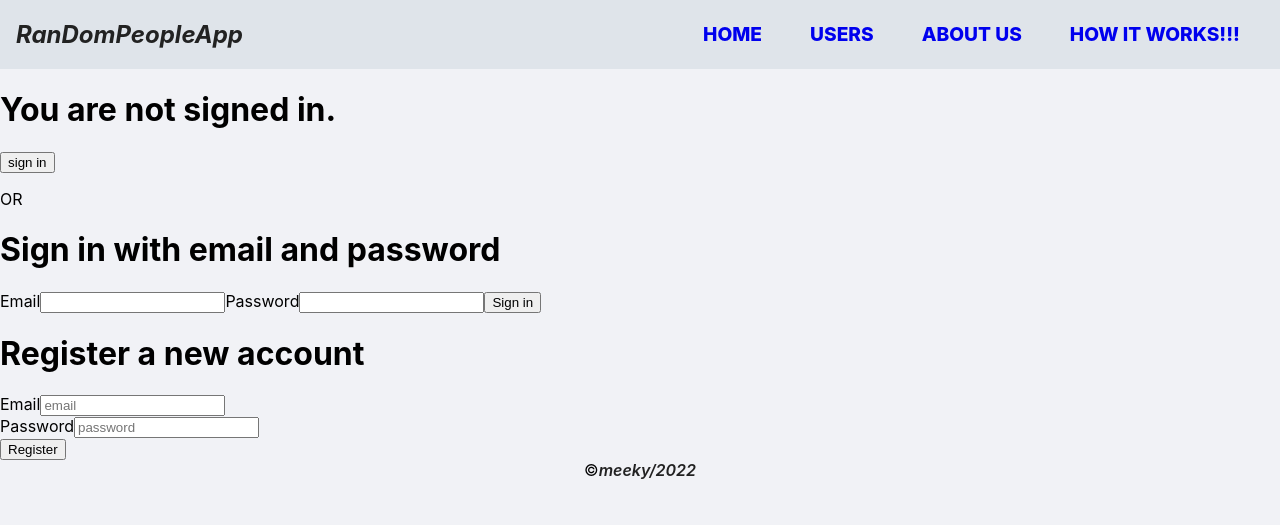
Repository: MikkyPrestige/RandomProfiles
Page: /profile
These files come from the project's save history. The page is drawn as it stood at one moment and after the next save; the edit follows.
The browser window is 1280 px wide. The pictures show the whole page.
The project was rebuilt for these pictures with package versions that can differ from the ones it lists, and the page was loaded fresh each time. Also part of the build but not shown: src/assets/styles/home.css, src/components/home.jsx, src/assets/styles/users.css, src/components/users.jsx, src/assets/styles/search.css, src/components/search.jsx, src/assets/styles/help.css, src/components/help.jsx and 5 more.

Above is the page before, as saved 2022-11-30 00:20:14.

After the next save:
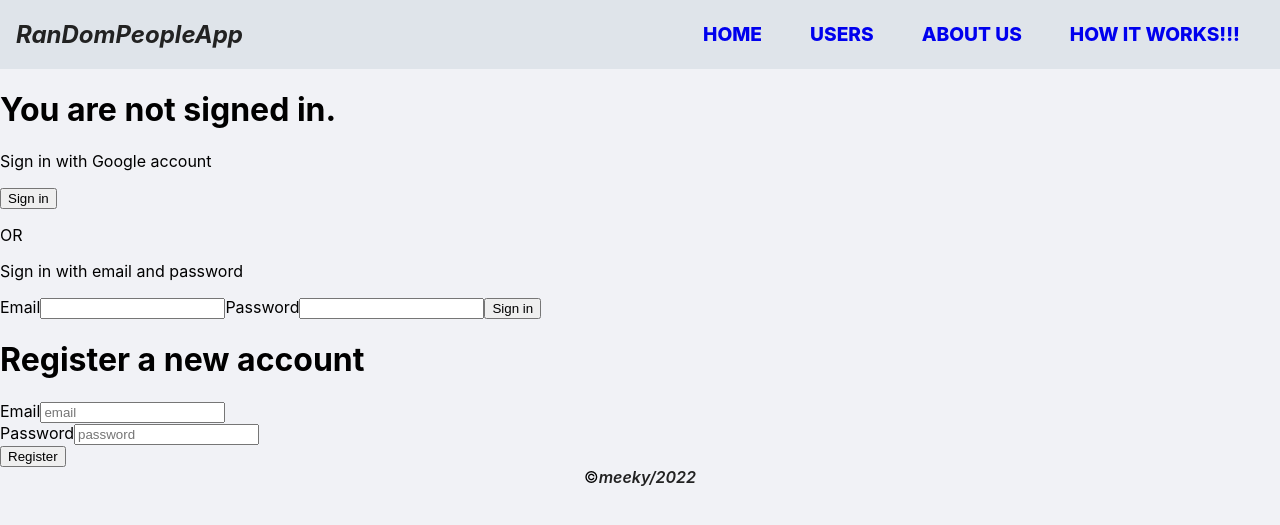
Saved 82 s later.
--- a/src/components/profile.jsx
+++ b/src/components/profile.jsx
@@ -153,11 +153,12 @@ const Profile = () => {
             <div className="profile__user">
               <div className="profile__form">
                 <h1 className="profile__title">You are not signed in.</h1>
+                <p className="profile__head">Sign in with Google account</p>
                 <button onClick={signIn} className="sign__btn">
-                  sign in
+                  Sign in
                 </button>
                 <p className="or">OR</p>
-                <h1 className="or">Sign in with email and password</h1>
+                <p className="or">Sign in with email and password</p>
                 <form onSubmit={handleSignIn}>
                   <label htmlFor="email">Email</label>
                   <input
